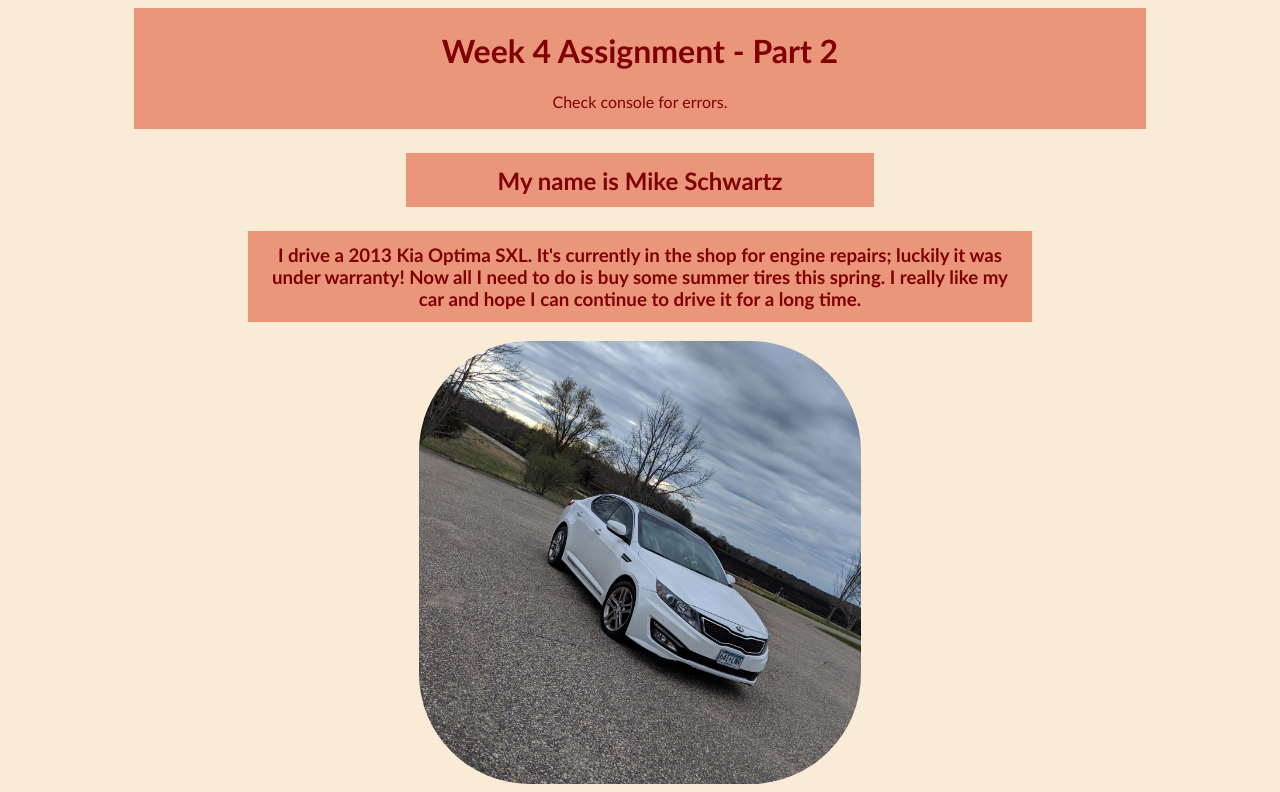
Repository: Ellusionism/prime-pw-week-4-assignment-part-2
Page: assignment/index.html
The author's editor kept a copy of each file at every save. The page is drawn from the files as they stood at one save, then again after the next save.
The browser window is 1280 px wide. The pictures show the whole page.

Above is the page before, as saved 2022-11-16 18:26:27.

### assignment/index.html
<!DOCTYPE html>
<meta name="viewport" content="width=device-width">
<html lang="en-US">
  <head>
    <meta charset="utf-8">
    <title>Week 4 Assignment</title>
    <link rel="stylesheet" href="stylesheet.css">
  </head>

  <body>
    <header class="homepageHeader">
      <h1>Week 4 Assignment - Part 2</h1>
      <p>Check console for errors.</p>
  </header>

  <div>
    <h2 class="info nameInfo"> My name is Mike Schwartz </h2>
  </div>

  <h3 class="info carInfo">I drive a 2013 Kia Optima SXL. It's currently in the shop for engine repairs; luckily it was under warranty! Now all I need to do is buy some summer tires this spring. I really like my car and hope I can continue to drive it for a long time.</h3>

  <img class="carpic" src="carpic.jpeg" alt="White 2013 Kia Optima SXL" />
  </body>
</html>

### assignment/stylesheet.css
body {
 font-family:'Trebuchet MS', 'Lucida Sans Unicode', 'Lucida Grande', 'Lucida Sans', Arial, sans-serif;
 background-color:antiquewhite;
}

.carpic {
 width: 35%;
 display: block;
 margin: auto;
 border-radius: 25%;
}

.homepageHeader {
 background-color:darksalmon;
 text-align: center;
 width: 80%;
 display: block;
 margin: auto;
 padding:  2px 0;
 color: maroon;
}

.info {
 background-color:darksalmon;
 text-align: center;
 padding: 1%;
 display: block;
 margin: 1em auto;
 color: maroon;
}

.nameInfo {
 width: 35%;
}

.carInfo {
 width: 60%;
}

After the next save:
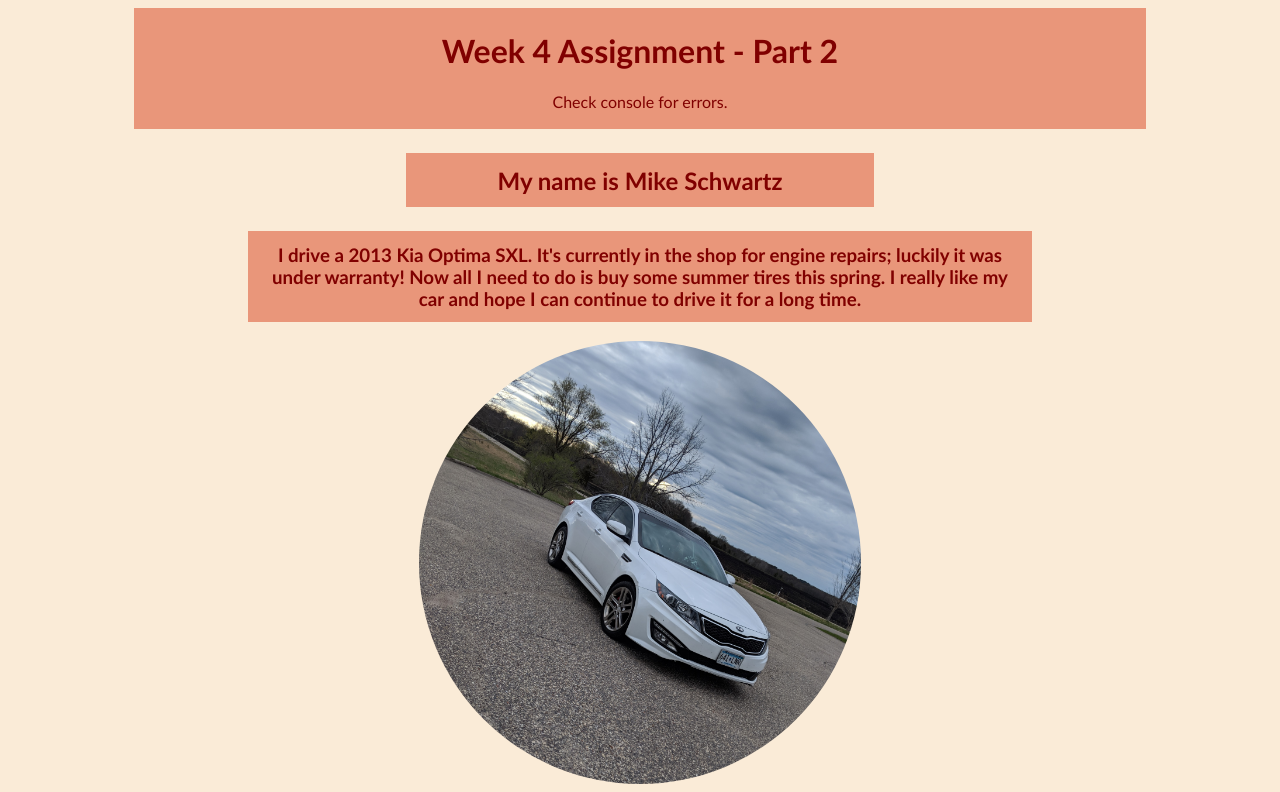
Saved 5 s later.
--- a/assignment/stylesheet.css
+++ b/assignment/stylesheet.css
@@ -7,7 +7,7 @@ body {
  width: 35%;
  display: block;
  margin: auto;
- border-radius: 25%;
+ border-radius: 50%;
 }
 
 .homepageHeader {
